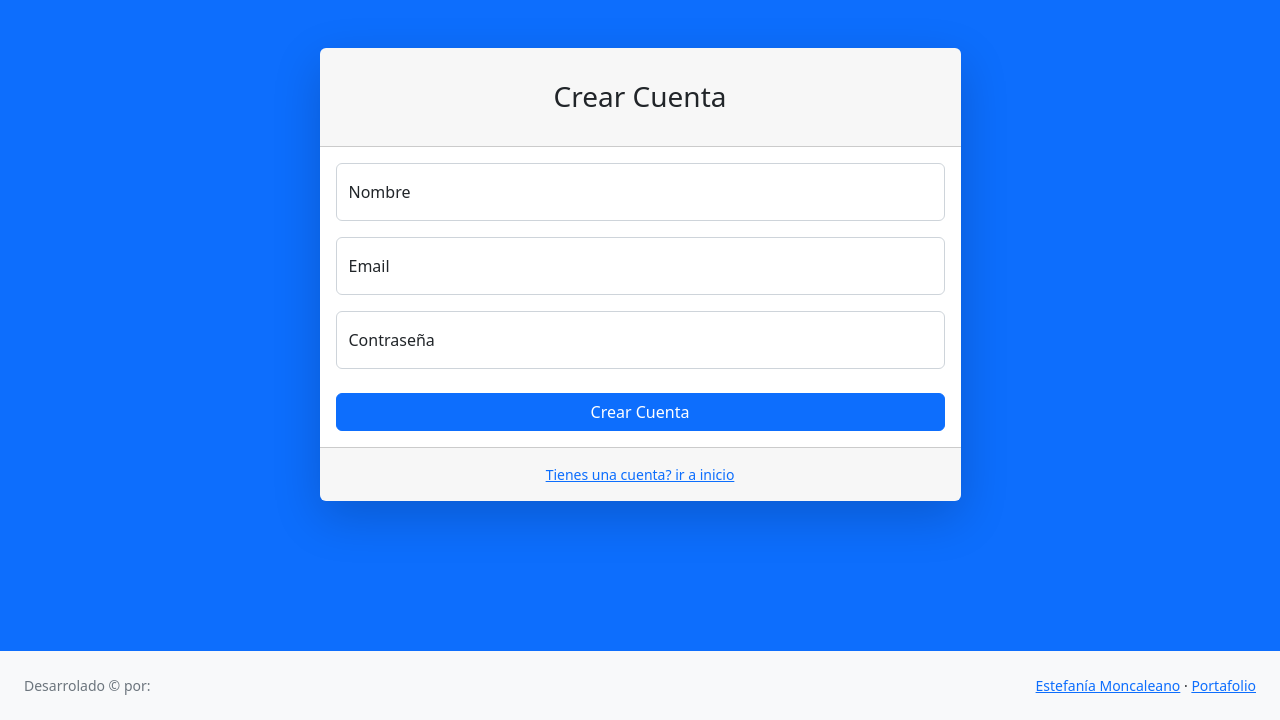
Repository: EstefaMH/Dashboard
Page: register.html
The author's editor kept a copy of each file at every save. The page is drawn from the files as they stood at one save, then again after the next save.
The browser window is 1280 px wide. The pictures show the whole page.
Some web libraries are served in a nearby version.

Above is the page before, as saved 2023-12-29 02:44:11.

### register.html
<!DOCTYPE html>
<html lang="en">

<head>
    <meta charset="utf-8" />
    <meta http-equiv="X-UA-Compatible" content="IE=edge" />
    <meta name="viewport" content="width=device-width, initial-scale=1, shrink-to-fit=no" />
    <meta name="description" content="" />
    <meta name="author" content="" />
    <title>Registro - Admin</title>
    <link href="styles/styles.css" rel="stylesheet" />
    <script src="https://use.fontawesome.com/releases/v6.3.0/js/all.js" crossorigin="anonymous"></script>
</head>

<body class="bg-primary">
    <div id="layoutAuthentication">
        <div id="layoutAuthentication_content">
            <main>
                <div class="container">
                    <div class="row justify-content-center">
                        <div class="col-lg-7">
                            <div class="card shadow-lg border-0 rounded-lg mt-5">
                                <div class="card-header">
                                    <h3 class="text-center font-weight-light my-4">Crear Cuenta</h3>
                                </div>
                                <div class="card-body">
                                    <form class="form_register" id="form_register" name="form_register"
                                        onsubmit="submitFormRegister()">


                                        <div class="form-floating mb-3 ">
                                            <input required name="userName" class="form-control" id="inputFirstName"
                                                type="text" placeholder="Enter your first name" />
                                            <label for="inputFirstName">Nombre</label>
                                        </div>


                                        <div class="form-floating mb-3">
                                            <input required name="email" class="form-control" id="inputEmail"
                                                type="email" placeholder="name@example.com" />
                                            <label for="inputEmail">Email </label>
                                        </div>


                                        <div class="form-floating mb-3 ">
                                            <input name="password" class="form-control" id="inputPassword"
                                                type="password" placeholder="Create a password" />
                                            <label for="inputPassword">Contraseña</label>
                                        </div>



                                        <div class="mt-4 mb-0">
                                            <div class="d-grid">
                                                <button class="btn btn-primary btn-block">Crear
                                                    Cuenta
                                                </button>
                                            </div>
                                        </div>
                                    </form>
                                </div>
                                <div class="card-footer text-center py-3">
                                    <div class="small"><a href="dashboard.html">Tienes una cuenta? ir a inicio</a></div>
                                </div>
                            </div>
                        </div>
                    </div>
                </div>
            </main>
        </div>
        <div id="layoutAuthentication_footer">
            <footer-component></footer-component>
        </div>
    </div>
    <script src="https://cdn.jsdelivr.net/npm/bootstrap@5.2.3/dist/js/bootstrap.bundle.min.js"
        crossorigin="anonymous"></script>
    <script src="js/scripts.js"></script>
    <script src="components/Footer.js"></script>
    <script src="functions/Auth/Register.js"></script>
    <script src="services/POST/postAdmin.js"></script>
    <script src="handlers/Register.js"></script>
    <script src="models/Admin.js"></script>
</body>

</html>

### js/scripts.js
/*!
    * Start Bootstrap - SB Admin v7.0.7 (https://startbootstrap.com/template/sb-admin)
    * Copyright 2013-2023 Start Bootstrap
    * Licensed under MIT (https://github.com/StartBootstrap/startbootstrap-sb-admin/blob/master/LICENSE)
    */
    //
// Scripts
//

window.addEventListener('DOMContentLoaded', event => {

    // Toggle the side navigation
    const sidebarToggle = document.body.querySelector('#sidebarToggle');
    if (sidebarToggle) {
        // Uncomment Below to persist sidebar toggle between refreshes
        // if (localStorage.getItem('sb|sidebar-toggle') === 'true') {
        //     document.body.classList.toggle('sb-sidenav-toggled');
        // }
        sidebarToggle.addEventListener('click', event => {
            event.preventDefault();
            document.body.classList.toggle('sb-sidenav-toggled');
            localStorage.setItem('sb|sidebar-toggle', document.body.classList.contains('sb-sidenav-toggled'));
        });
    }

});

### components/Footer.js
class FooterComponent extends HTMLElement {

    constructor() {
        super();
        this.render();
    }

    render() {
        this.innerHTML =
            `
            <footer class="py-4 bg-light mt-auto">
                <div class="container-fluid px-4">
                    <div class="d-flex align-items-center justify-content-between small">
                        <div class="text-muted">Desarrolado &copy; por: </div>
                        <div>
                            <a href="https://www.linkedin.com/in/estefan%C3%ADa-moncaleano">Estefanía Moncaleano</a>
                            &middot;
                            <a href="https://portafolio-react-og8w6l76g-estefamh.vercel.app/skills">Portafolio </a>
                        </div>
                    </div>
                </div>
            </footer>
                `
    }
}

customElements.define("footer-component", FooterComponent);

### functions/Auth/Register.js
async function submitFormRegister() {

    const admin = new Admin();

    let form = new FormData(form_register)
    console.log(form);
    const jsonData = {};

    form.forEach((value, key) => {
      jsonData[key] = value;
    });

    admin.userName = jsonData['userName'];
    admin.email = jsonData['email'];
    admin.password = jsonData['password'];

    postAdmin(admin.userName,admin.password , admin.email)
    handleRegister()
  }

### services/POST/postAdmin.js
async function postAdmin(userName, password, email) {

    try {

        const baseUrl = "http://localhost:3000";

        const data = { userName, password, email }

        const headers = {

            method: "POST",
            headers: {
                "Content-Type": "application/json",
            },
            body: JSON.stringify(data),

        }

        const response = await fetch(`${baseUrl}/admin`, headers);

        return response.status;


    } catch (error) {
        console.error("Error:", error);
    }


}

### handlers/Register.js


const handleRegister = () => {
    document.getElementById("form_register")
    .action = "index.html"
}

### models/Admin.js
class Admin {

    constructor(userName, email, password) {
        this.userName = userName;
        this.email = email;
        this.password = password;
    }

    setUser(userName, email, password) {
        localStorage.setItem("userName", userName);
        localStorage.setItem("email", email);
        localStorage.setItem("password", password);
    }

    removeUser() {
        localStorage.removeItem("userName");
        localStorage.removeItem("email");
        localStorage.removeItem("password");

        location.href = ("login.html");
    }


    async findUser(email) {


        let response = getAdmin().then((data) => {

            console.log(data)
            let adminData = data.find(admin => admin.email === email);
            console.log(adminData)

            return adminData;

        })
            .catch(error => {
                console.error('Error en la solicitud:', error);
            });

        return response;
    }

    async validationCredentialsUser(emailForm, passwordForm) {

        let user = await this.findUser(emailForm);
        console.log(user);

        if (user == undefined) {

            Swal.fire({
                title: "Usuario no encontrado",
                text: "Verifica tu email o registrate",
                icon: "warning",
                showCancelButton: true,
                confirmButtonText: "Registrarme",
                cancelButtonText: "Cancelar",
                reverseButtons: true
            }).then((result) => {
                if (result.isConfirmed) {
                    location.href = "register.html";
                }
            });
        }


        let { userName, password, email } = user


        if (emailForm != email) {

            Swal.fire({
                title: "Credenciales incorrectas",
                text: "El email ingresado es incorrecto",
                icon: "error"
            });

        } else if (passwordForm != password) {
            Swal.fire({
                title: "Credenciales incorrectas",
                text: "La contraseña ingresada es incorrecta",
                icon: "error"
            });

        } else {
            location.href = "dashboard.html";
            this.setUser(userName, email, password)
        }
    }

}

Loaded but not shown: styles/styles.css (library)

After the next save:
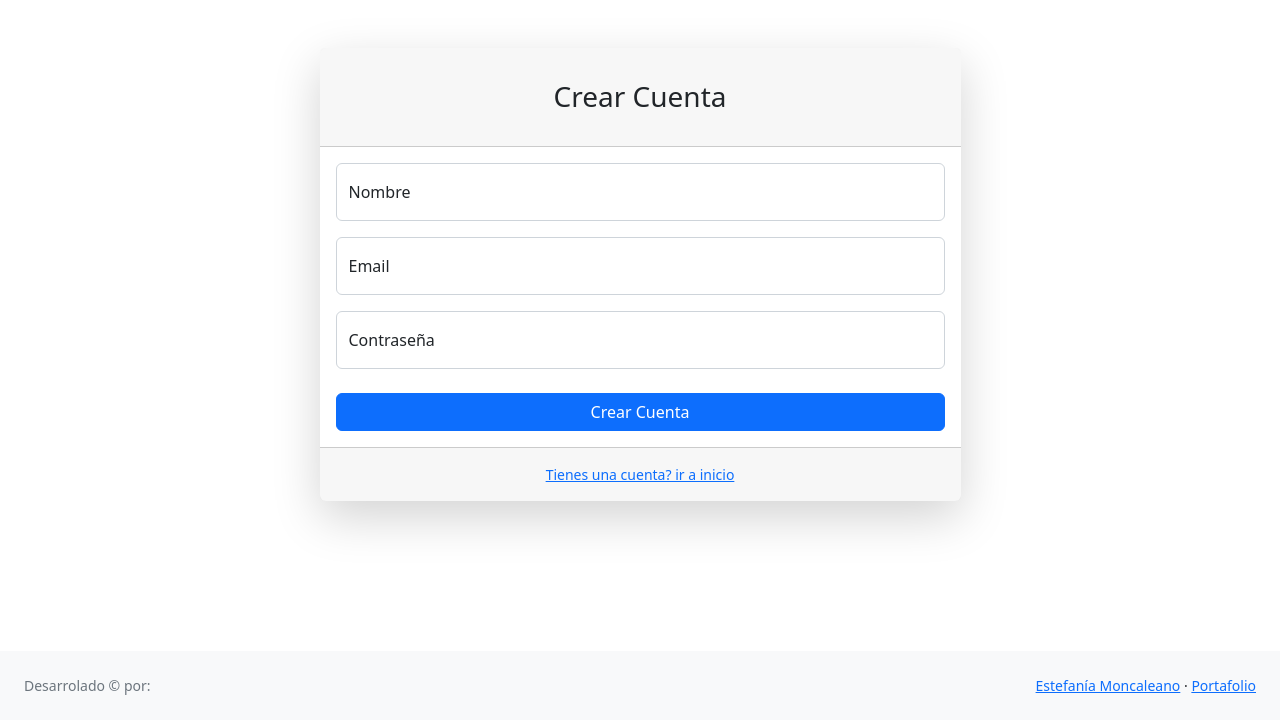
Saved 50 s later.
--- a/register.html
+++ b/register.html
@@ -12,7 +12,7 @@
     <script src="https://use.fontawesome.com/releases/v6.3.0/js/all.js" crossorigin="anonymous"></script>
 </head>
 
-<body class="bg-primary">
+<body class="">
     <div id="layoutAuthentication">
         <div id="layoutAuthentication_content">
             <main>
